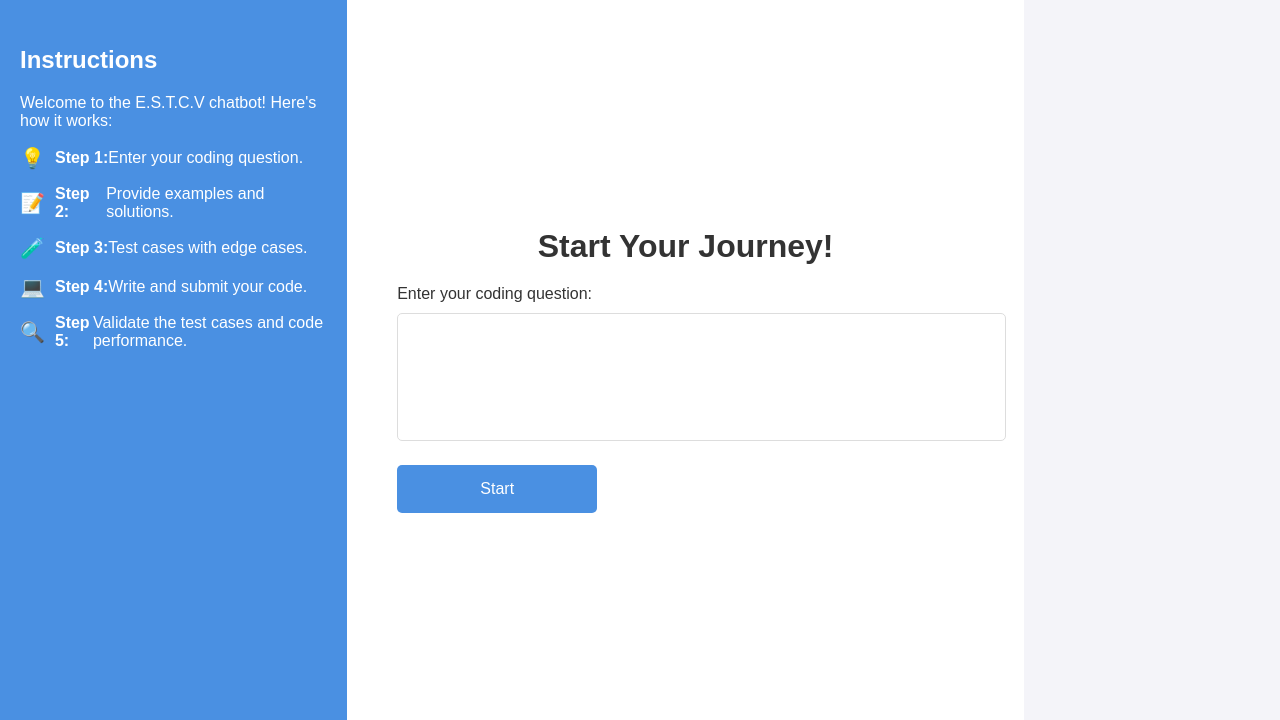
Repository: raushan22882917/Interview_platform
Page: http://localhost/estcv
An editor plug-in stored every save of this project. The page is shown before and after a run of saves, followed by the edit.
The browser window is 1280 px wide. The pictures show the whole page.
The page is served by the project's application, run on Flask 3 (temp_code.py).

Above is the page before, as saved 2024-12-03 01:37:20.

### Tech_Round/templates/Ai/index.html
<!DOCTYPE html>
<html lang="en">
<head>
    <meta charset="UTF-8">
    <meta name="viewport" content="width=device-width, initial-scale=1.0">
    <title>Chatbot - E.S.T.C.V</title>
    <link rel="stylesheet" href="{{ url_for('static', filename='assets/css/styles.css') }}">
    <style>

    </style>
</head>
<body>
    <div class="container">
        <!-- Sidebar (Left) -->
        <div class="sidebar">
            <h1>Instructions</h1>
            <p>Welcome to the E.S.T.C.V chatbot! Here's how it works:</p>
            <ul>
                <li><span class="icon">💡</span><strong>Step 1:</strong> Enter your coding question.</li>
                <li><span class="icon">📝</span><strong>Step 2:</strong> Provide examples and solutions.</li>
                <li><span class="icon">🧪</span><strong>Step 3:</strong> Test cases with edge cases.</li>
                <li><span class="icon">💻</span><strong>Step 4:</strong> Write and submit your code.</li>
                <li><span class="icon">🔍</span><strong>Step 5:</strong> Validate the test cases and code performance.</li>
            </ul>
        </div>

        <!-- Main Content (Right) -->
        <div class="content">
            <h1>Start Your Journey!</h1>
            <form action="/start" method="POST">
                <label for="question">Enter your coding question:</label>
                <textarea id="question" name="question" rows="6" required></textarea>
                <button type="submit">Start</button>
            </form>
        </div>
    </div>
</body>
</html>

### Tech_Round/temp_code.py
from flask import Flask, render_template, request, session, redirect
import os
from groq import Groq

app = Flask(__name__)
app.secret_key = os.environ.get("FLASK_SECRET_KEY", "sdfghjuklkjhugfdsfghjk")  # For security, consider using an environment variable

# Initialize the Groq API client
client = Groq(api_key=os.environ.get("GROQ_API_KEY", "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"))  # Get the Groq API key from environment variables

# Define the steps in the E.S.T.C.V process
STEPS = ["Example", "Solution", "Test Cases", "Code", "Validation"]

@app.route('/estcv')
def estcv():
    return render_template('Ai/index.html')

@app.route('/start', methods=['POST'])
def start():
    session.clear()
    session['question'] = request.form['question']
    session['current_step'] = STEPS[0]
    session['responses'] = {}
    session['marks'] = {}  # Store marks for each step
    return redirect(f'/step')

@app.route('/step', methods=['GET', 'POST'])
def step():
    current_step = session.get('current_step', STEPS[0])
    responses = session.get('responses', {})

    if request.method == 'POST':
        user_input = request.form['user_input']
        feedback, score = process_step(current_step, user_input)
        responses[current_step] = {'input': user_input, 'feedback': feedback, 'score': score}

        session['responses'] = responses
        session['marks'][current_step] = score  # Store score for the current step

        # Move to next step
        current_index = STEPS.index(current_step)
        if current_index < len(STEPS) - 1:
            session['current_step'] = STEPS[current_index + 1]
            return redirect(f'/step')
        else:
            total_score = sum(session['marks'].values())  # Calculate total score
            return render_template('Ai/feedback.html', responses=responses, total_score=total_score)

    return render_template('Ai/steps.html', step=current_step, question=session['question'], responses=responses)

def process_step(step, user_input):
    """Process the user input for a specific step and return feedback and score."""
    question = session['question']
    feedback = ""
    score = 0  # Default score

    if step == "Example":
        inputs_outputs = user_input.split("\n")
        if len(inputs_outputs) < 3:
            feedback = "You need to provide at least 3 examples of input-output pairs."
            score = 2  # Lower score for insufficient examples
        else:
            feedback = "Good job providing examples. Ensure they cover diverse scenarios."
            score = 5  # Full score for good examples

    elif step == "Solution":
        prompt = f"Question: {question}\nUser's solution approach: {user_input}\nEvaluate the approach."
        feedback = call_groq_api(prompt)
        score = 4  # Placeholder, adjust based on feedback evaluation

    elif step == "Test Cases":
        test_cases = user_input.split("\n")
        if not test_cases:
            feedback = "Please provide at least one test case."
            score = 1  # Low score for no test cases
        elif "edge" not in user_input.lower():
            feedback = "You missed edge test cases. Consider edge conditions like minimum, maximum, or empty inputs."
            score = 3  # Medium score for missing edge cases
        else:
            feedback = "Test cases are well thought out."
            score = 5  # Full score for good test cases

    elif step == "Code":
        prompt = f"Question: {question}\nCode: {user_input}\nEvaluate the correctness, time complexity, and space complexity."
        feedback = call_groq_api(prompt)
        score = 4  # Placeholder for code quality evaluation

    elif step == "Validation":
        prompt = f"Question: {question}\nValidation of code: {user_input}\nCheck all test cases and analyze time and space complexity."
        feedback = call_groq_api(prompt)
        score = 5  # High score for complete validation

    return feedback, score

def call_groq_api(prompt):
    """Call the Groq API with a given prompt."""
    try:
        response = client.chat.completions.create(
            messages=[
                {"role": "system", "content": "You are a helpful assistant."},
                {"role": "user", "content": prompt}
            ],
            model="llama3-8b-8192",  # You can modify the model if necessary
        )
        return response.choices[0].message.content
    except Exception as e:
        return f"Error while calling Groq API: {e}"

if __name__ == '__main__':
    app.run(debug=True)

### Tech_Round/static/assets/css/styles.css
body {
    font-family: 'Arial', sans-serif;
    margin: 0;
    padding: 0;
    background-color: #f4f4f9;
    display: flex;
    height: 100vh;
    overflow: hidden;
}

.container {
    display: flex;
    width: 80%;

}

.sidebar {
    background-color: #4a90e2;
    color: white;
    padding: 30px 20px;
    width: 30%;
    box-shadow: 2px 0 5px rgba(0, 0, 0, 0.1);
    overflow-y: auto;
}

.sidebar h1 {
    font-size: 24px;
    margin-bottom: 20px;
}

.sidebar ul {
    list-style: none;
    padding: 0;
}

.sidebar li {
    margin-bottom: 15px;
    display: flex;
    align-items: center;
}

.sidebar li .icon {
    font-size: 20px;
    margin-right: 10px;
}

.content {
    flex: 1;
    padding: 50px;
    background-color: white;
    display: flex;
    flex-direction: column;
    justify-content: center;
    align-items: center;
}

.content h1 {
    font-size: 32px;
    color: #333;
    margin-bottom: 20px;
}

form {
    width: 100%;
    max-width: 600px;
}

label {
    font-size: 16px;
    color: #333;
    margin-bottom: 10px;
    display: block;
}

textarea {
    width: 100%;
    padding: 15px;
    font-size: 14px;
    border: 1px solid #ddd;
    border-radius: 5px;
    resize: none;
}

button {
    background-color: #4a90e2;
    color: white;
    border: none;
    padding: 15px 20px;
    font-size: 16px;
    border-radius: 5px;
    cursor: pointer;
    margin-top: 20px;
    width: 100%;
    max-width: 200px;
}

button:hover {
    background-color: #357ab7;
}

@media (max-width: 768px) {
    .sidebar {
        width: 100%;
        text-align: center;
    }

    .content {
        padding: 20px;
    }

    form {
        width: 90%;
    }
}

After the next 2 saves:
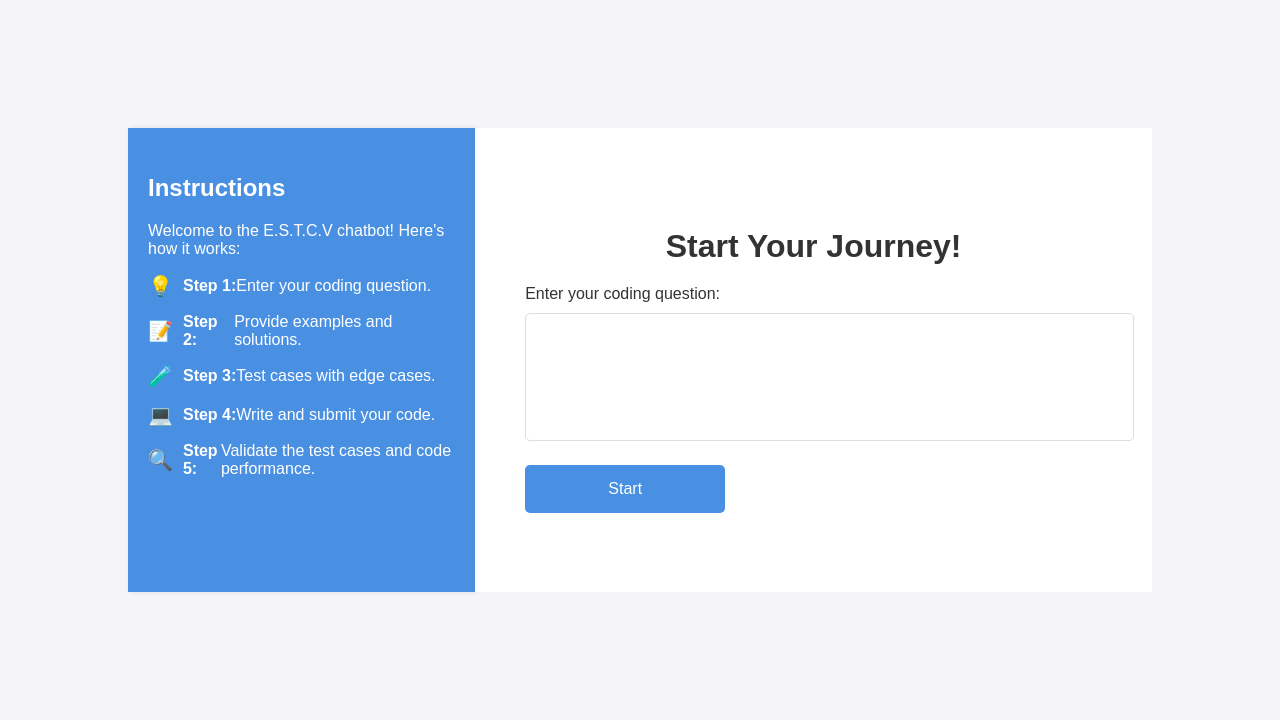
The 2 saves are shown as one change because they came seconds apart.
The last was saved 10 s later.
--- a/Tech_Round/static/assets/css/styles.css
+++ b/Tech_Round/static/assets/css/styles.css
@@ -11,7 +11,7 @@ body {
 .container {
     display: flex;
     width: 80%;
-
+    margin: 10%;
 }
 
 .sidebar {
